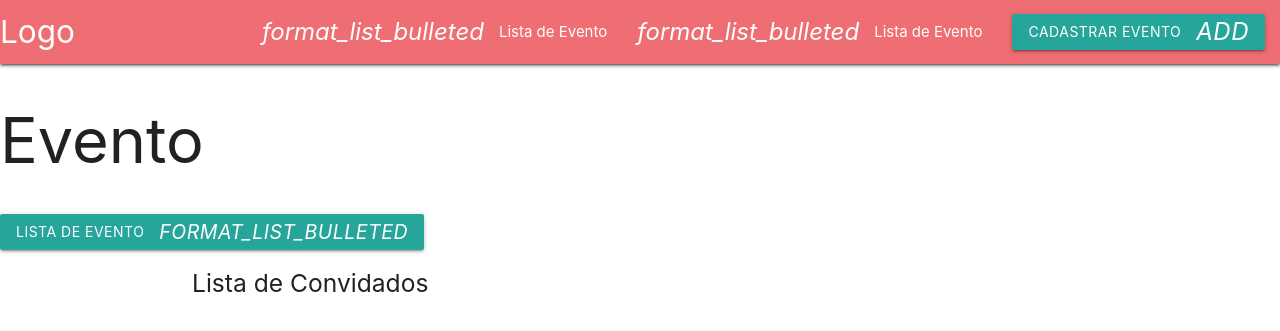
Repository: CaioCoutodePrograma/Eventosapp
Page: http://localhost/evento/detalhesEvento
These files come from the project's save history. The page is drawn as it stood at one moment and after the next save; the edit follows.
The browser window is 1280 px wide. The pictures show the whole page.
The page is this project's Thymeleaf template; nobody is signed in. The template is opened directly, without the code that normally fills it, so the values that code supplies are empty.

Above is the page before, as saved 2020-03-02 23:06:15.

After the next save:
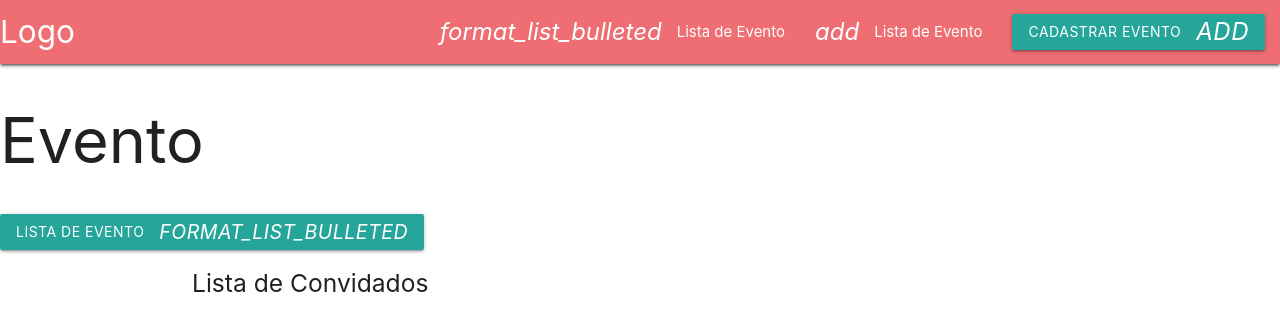
Saved 8 s later.
--- a/eventoapp/eventoapp/src/main/resources/templates/evento/detalhesEvento.html
+++ b/eventoapp/eventoapp/src/main/resources/templates/evento/detalhesEvento.html
@@ -26,7 +26,7 @@
 									<a  class="waves-effect waves-light btn"><i
 			class="material-icons right">add</i>Cadastrar Evento</a>
 
-							<li><a href="/cadastrarEvento"><i class="material-icons left">format_list_bulleted</i>Lista de
+							<li><a href="/cadastrarEvento"><i class="material-icons left">add</i>Lista de
 									Evento</a></li>
 						</ul>
 					</div>
